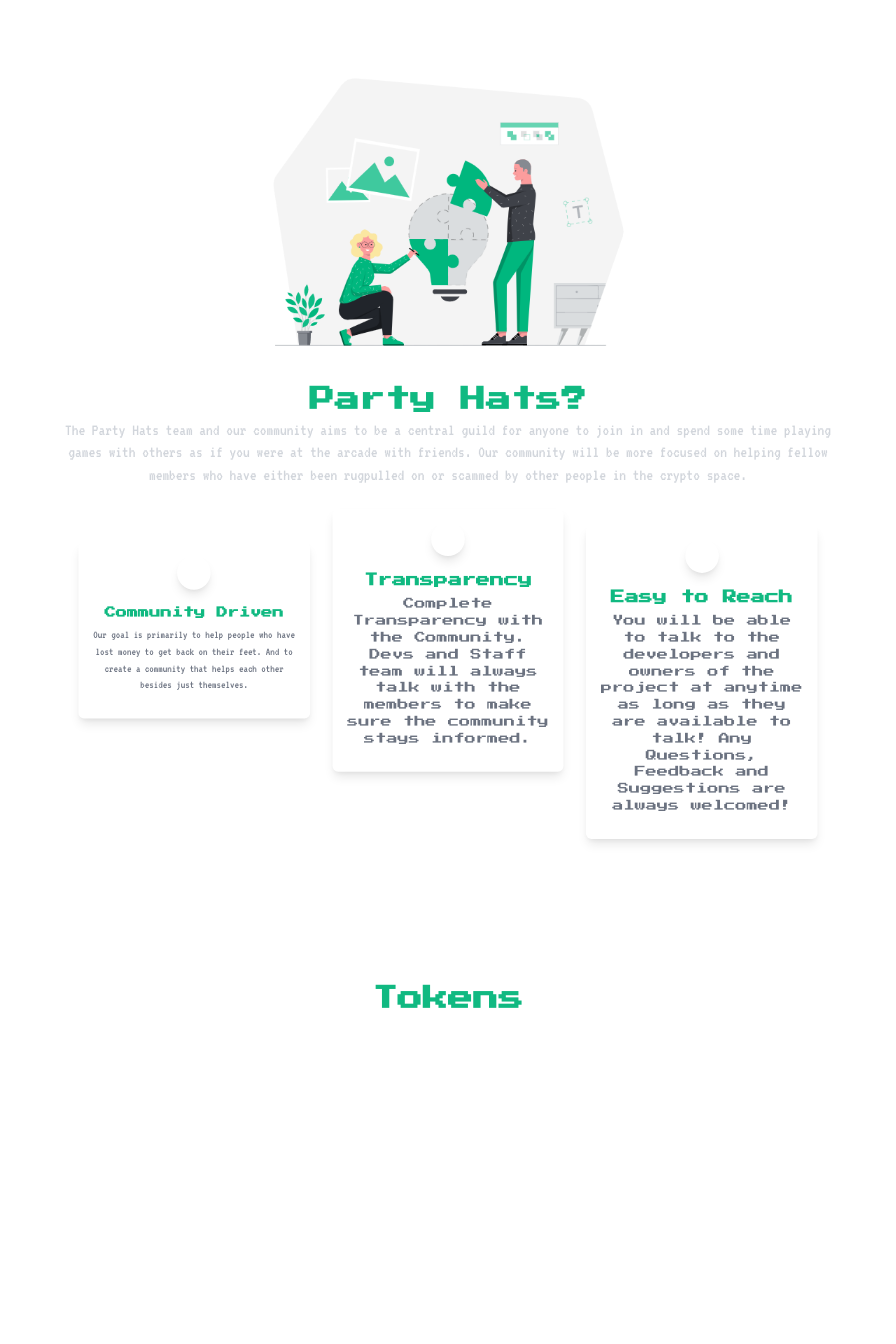
Repository: rhinorphan/phat-landing-page
Page: /
These files come from the project's save history. The page is drawn as it stood at one moment and after the next save; the edit follows.
The browser window is 1280 px wide. The pictures show the part of the page from y = 818 to 2738 px (the page is 4328 px tall), at 70% of full size.
The project was rebuilt for these pictures with package versions that can differ from the ones it lists, and the page was loaded fresh each time. Also part of the build but not shown: craco.config.js.

Above is the page before, as saved 2021-11-17 23:07:58.

After the next save:
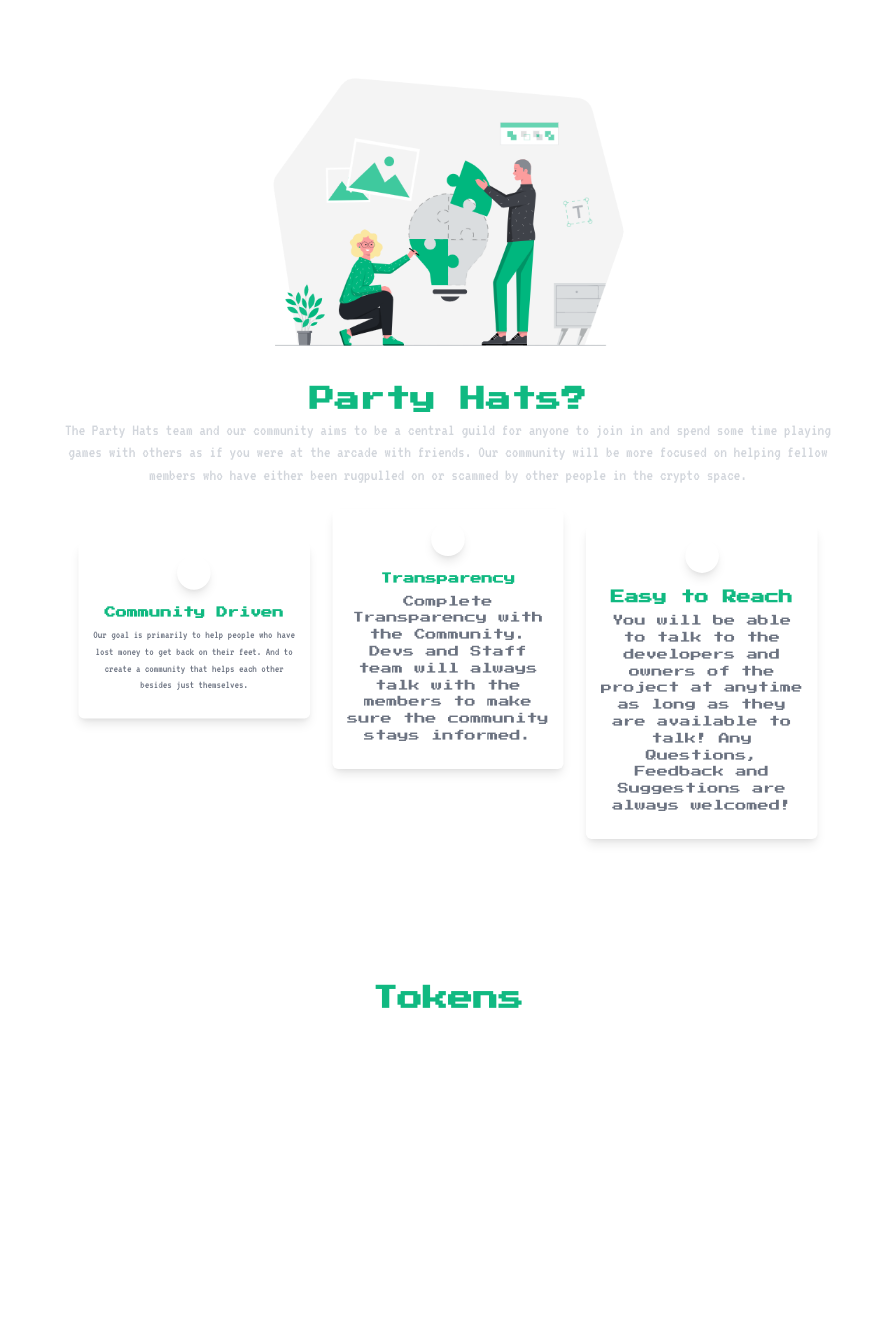
Saved 10 s later.
--- a/src/components/Community.js
+++ b/src/components/Community.js
@@ -35,7 +35,7 @@ function Community() {
                   <div class="text-white p-3 text-center inline-flex items-center justify-center w-12 h-12 mb-5 shadow-lg rounded-full bg-lightBlue-400">
                     <i class="fas fa-retweet"></i>
                   </div>
-                  <h6 class="text-xl font-semibold text-green-500">Transparency</h6>
+                  <h6 class="text-l font-semibold text-green-500">Transparency</h6>
                   <p class="mt-2 mb-4 text-gray-500">
                   Complete Transparency with the Community.
                   Devs and Staff team will always talk with the members to make sure the community stays informed.
